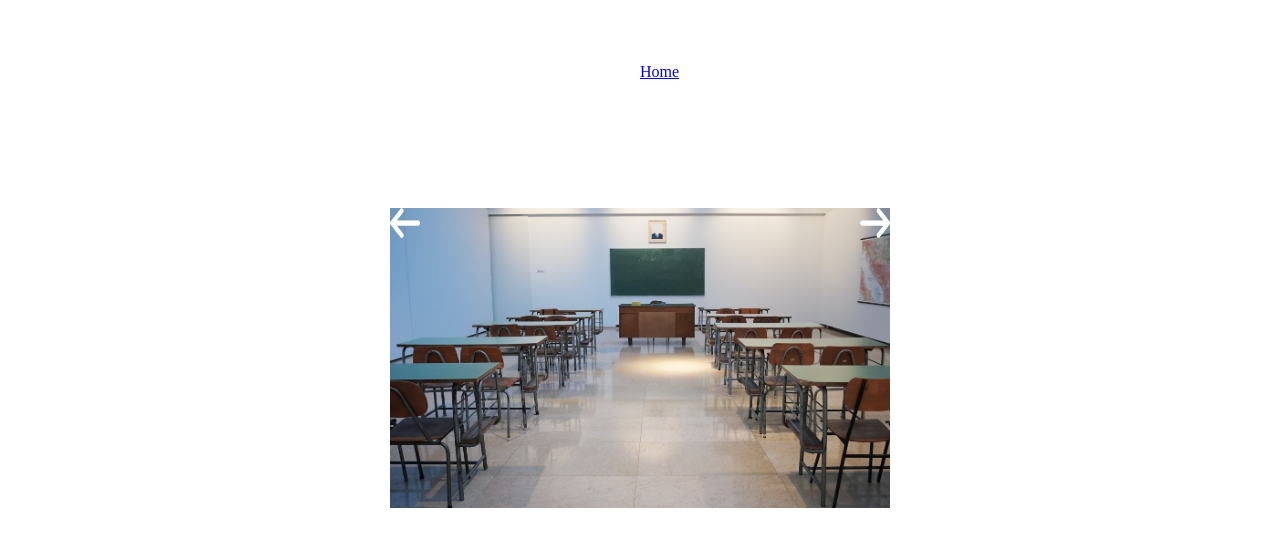
Repository: anoncoderin/dcd-week3-useEffect-carousel
Page: /carouselPage
The author's editor kept a copy of each file at every save. The page is drawn from the files as they stood at one save, then again after a run of saves.
The browser window is 1280 px wide. The pictures show the whole page.
The project was rebuilt for these pictures with package versions that can differ from the ones it lists, and the page was loaded fresh each time. The framework's server and built-in components were replaced by stand-ins that run in the browser. Also part of the build but not shown: next.config.js.

Above is the page before, as saved 2023-02-20 13:45:21.

### pages/carouselPage.js
import Link from "next/link"
import Carousel from "@/components/carousel"
import styles from '/styles/carouselPage.module.css'

export default function CarouselPage(){
    return(
    <>
    <div className={styles.page}>
    <Link href="/">Home</Link>
    </div>
    <Carousel/>


    </>
    )
}

### styles/globals.css
:root {

  }

### components/carousel/index.js
import Image from "next/image"
import { useState } from "react"
import styles from './Carousel.module.css'

export default function Carousel() {
    const [img, setImg] = useState(0);

    const changeImage = (change) => {
        if (change == "backward") {
            setImg(img - 1);
            if (img == 0) {
                setImg(5);
            }
            console.log(img);
        } else if (change == "forward") {
            setImg(img + 1);
            if (img == 5) {
                setImg(0);
            }
            console.log(img);
        }
    }
    return (
        <>
            <div className={styles.carousel}>

                <div style={{
                    backgroundImage: "url(/imagesIconsCarouselweek8/carousel-images/" + img + ".jpg)",
                    backgroundSize: 'cover',
                    backgroundRepeat: "no-repeat",
                    width: 500,
                    height: 300

                }}>
                    <div className={styles.arrow}>
                        <Image
                            src={"/imagesIconsCarouselweek8/icons/leftArrow.png"}
                            alt={"/imagesIconsCarouselweek8/icons/leftArrow.png"}
                            width={30}
                            height={30}
                            onClick={() => changeImage("backward")}
                        />

                        <Image
                            src={"/imagesIconsCarouselweek8/icons/rightArrow.png"}
                            alt={"/imagesIconsCarouselweek8/icons/rightArrow.png"}
                            width={30}
                            height={30}
                            onClick={() => changeImage("forward")}
                        />
                    </div>

                </div>
            </div>
        </>
    )
}

### styles/carouselPage.module.css
.page{
    margin-left: 50%;
    margin-top: 5%;
}

### components/carousel/Carousel.module.css
.arrow{
display: flex;
flex-direction: row;
justify-content: space-between;
align-items: end;

}

.carousel{
display: flex;
flex-direction: column;
align-items: center;
margin-top: 10%;
}

Loaded but not shown: pages/_app.js (common file); pages/_document.js (common file)

After the next 4 saves:
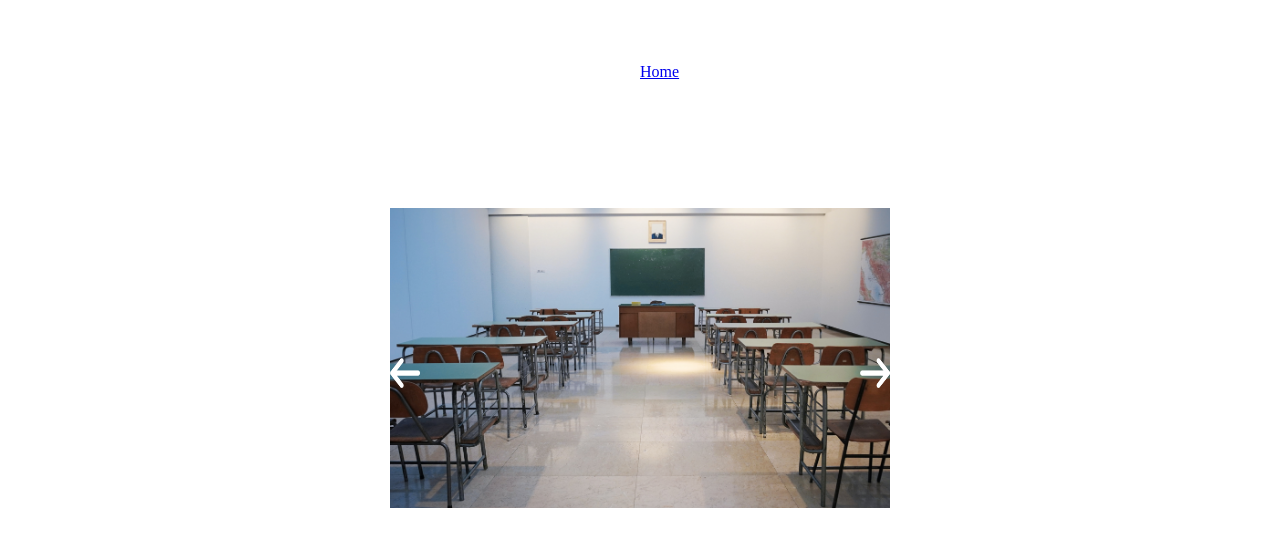
The 4 saves are shown as one change because they came seconds apart.
The last was saved 12 s later.
--- a/components/carousel/Carousel.module.css
+++ b/components/carousel/Carousel.module.css
@@ -2,7 +2,7 @@
 display: flex;
 flex-direction: row;
 justify-content: space-between;
-align-items: end;
+margin-top: 30%;
 
 }
 
